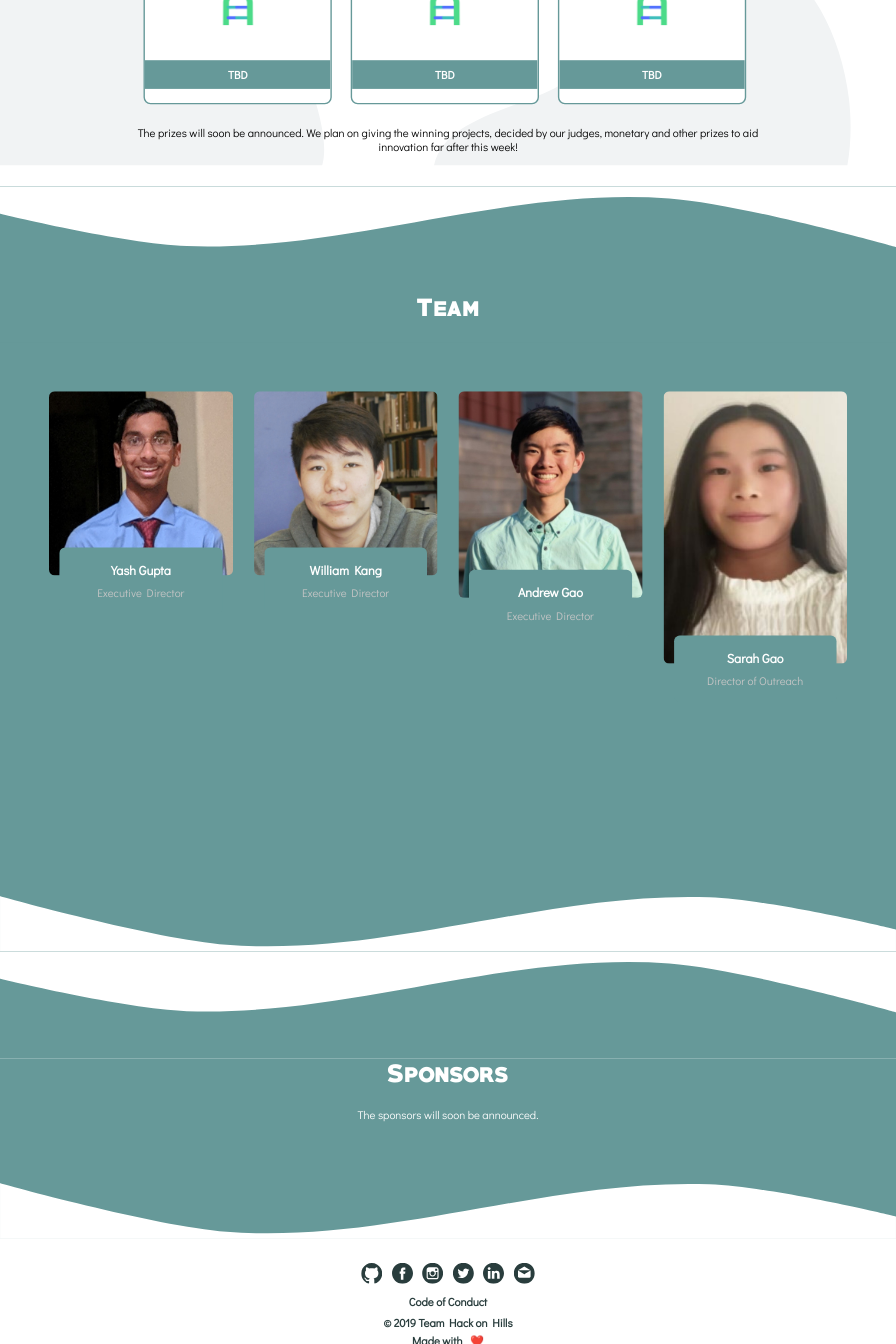
Repository: yashg4509/helyxhacksIII
Page: index.html
An editor plug-in stored every save of this project. The page is shown before and after the next save, followed by the edit.
The browser window is 1280 px wide. The pictures show the part of the page from y = 4580 to 6500 px (the page is 6536 px tall before and 6400 px after), at 70% of full size.

Above is the page before, as saved 2021-02-18 00:12:08.

After the next save:
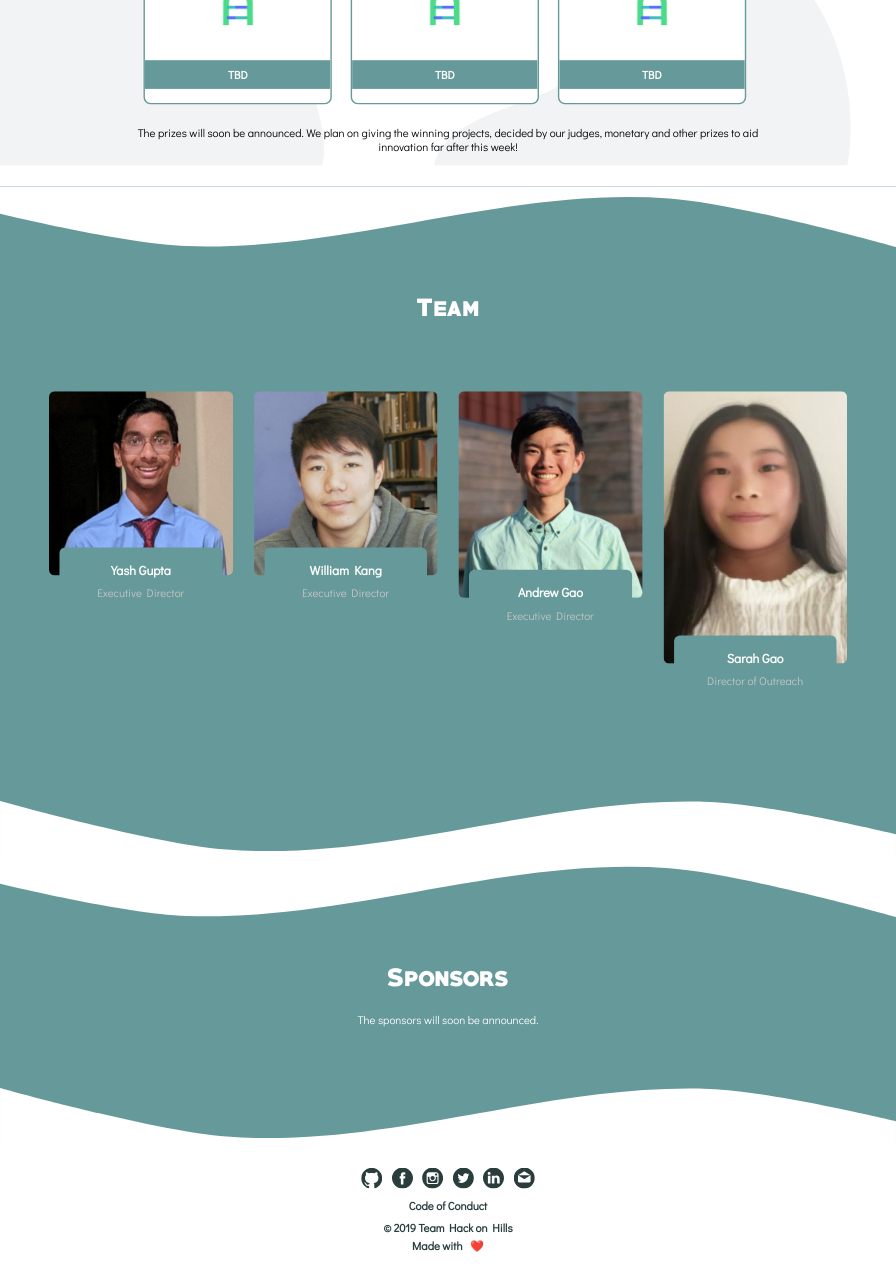
Saved 63 s later.
--- a/index.html
+++ b/index.html
@@ -471,7 +471,7 @@
 
 					.team-section {
 						background-color: rgb(102,153,153);
-						min-height: 100vh;
+						min-height: 50vh;
 						padding: 70px 15px 30px;
 					}
 
